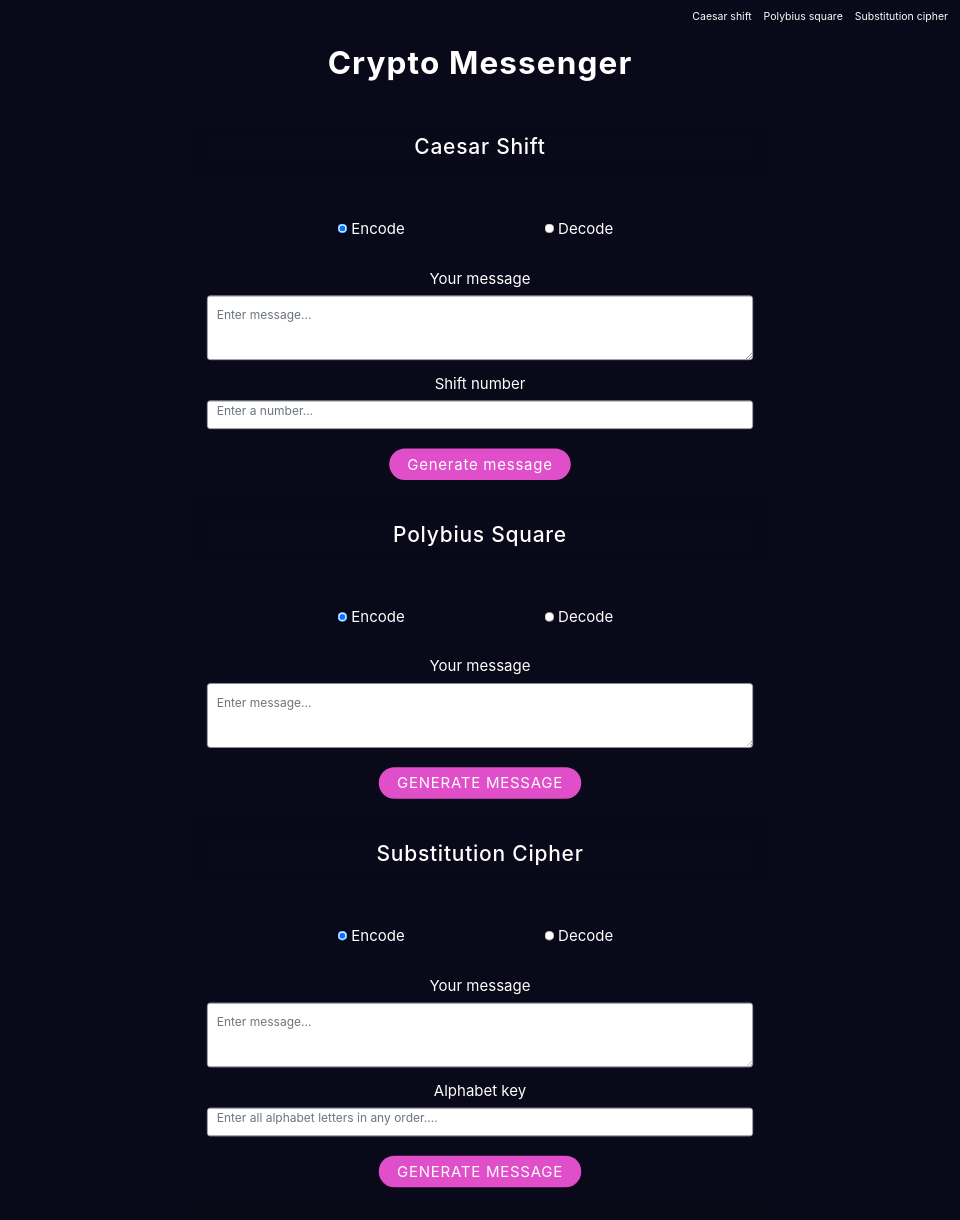
Repository: Rthompson2548/Project-Decoder-Ring
Page: index.html
These files come from the project's save history. The page is drawn as it stood at one moment and after the next save; the edit follows.
The browser window is 1280 px wide. The pictures show the whole page, at 75% of full size.

Above is the page before, as saved 2022-04-09 20:28:59.

After the next save:
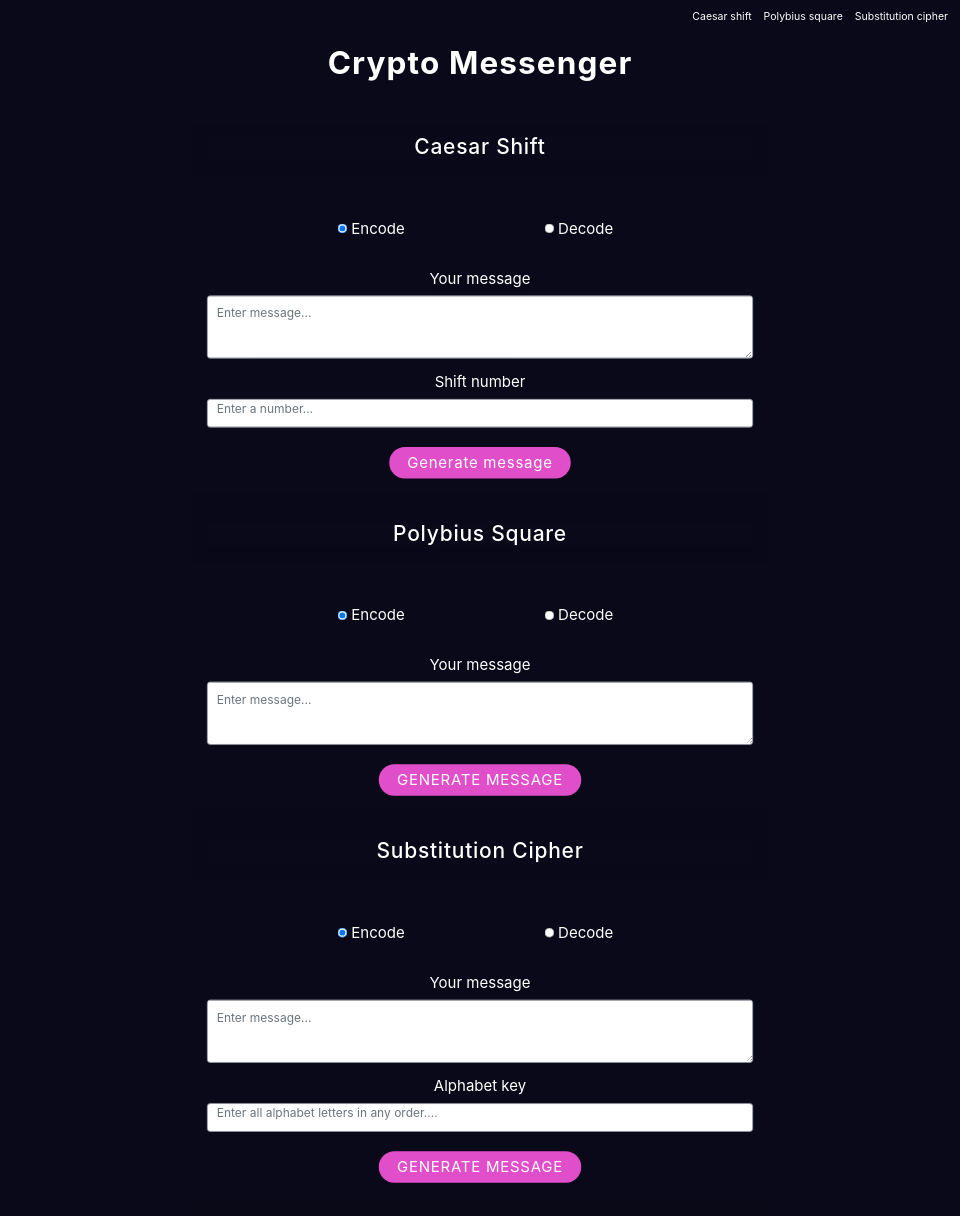
Saved 12 s later.
--- a/index.css
+++ b/index.css
@@ -14,7 +14,7 @@
 input, textarea {
   font-size: 16px !important;
   border-radius: 20px;
-  padding: 12px 24px 24px 12px !important;
+  padding: 10px 24px 24px 12px !important;
 }
 
 .page-content {

After the save that followed:
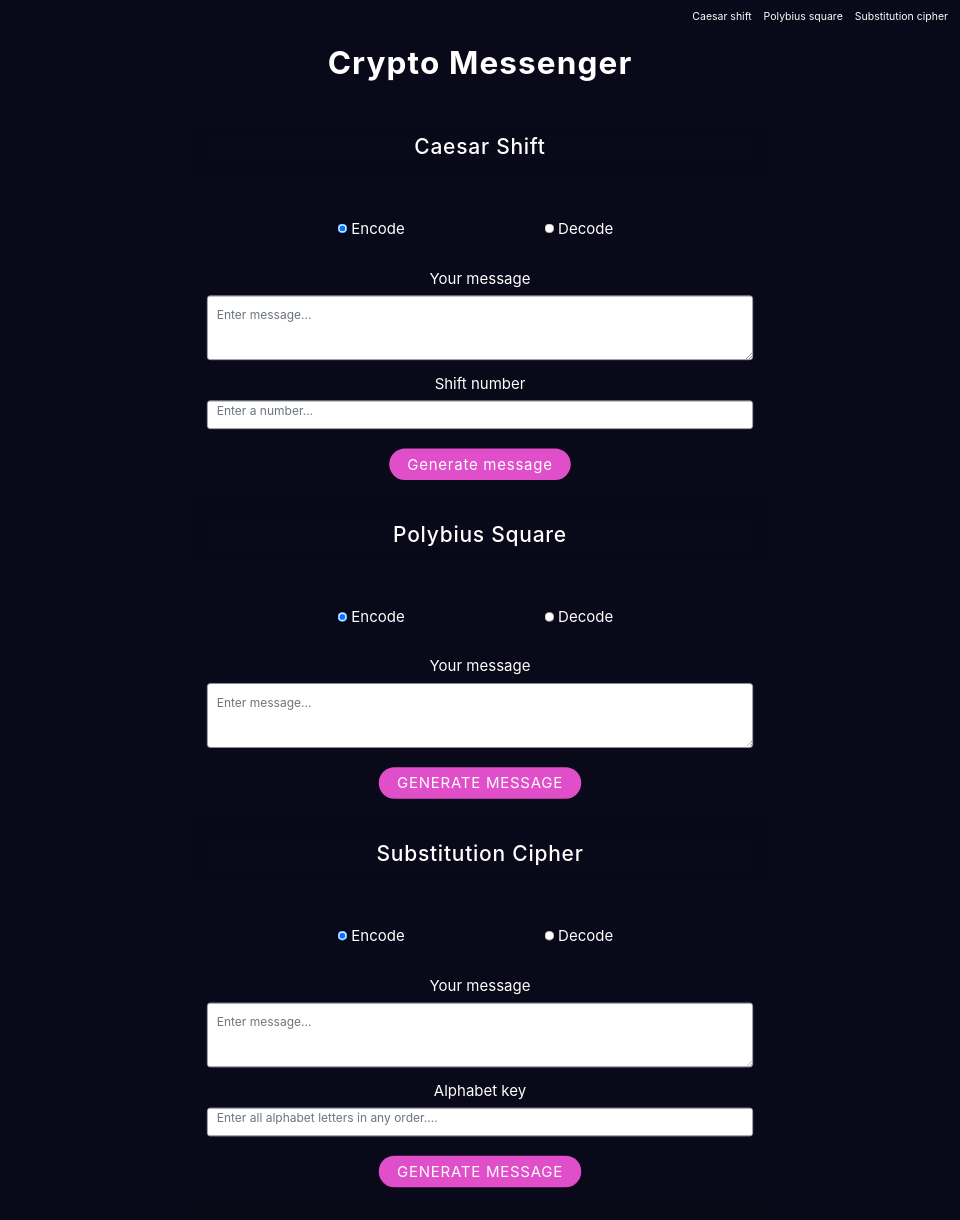
Saved 4 s later.
--- a/index.css
+++ b/index.css
@@ -14,7 +14,7 @@
 input, textarea {
   font-size: 16px !important;
   border-radius: 20px;
-  padding: 10px 24px 24px 12px !important;
+  padding: 12px 24px 24px 12px !important;
 }
 
 .page-content {
